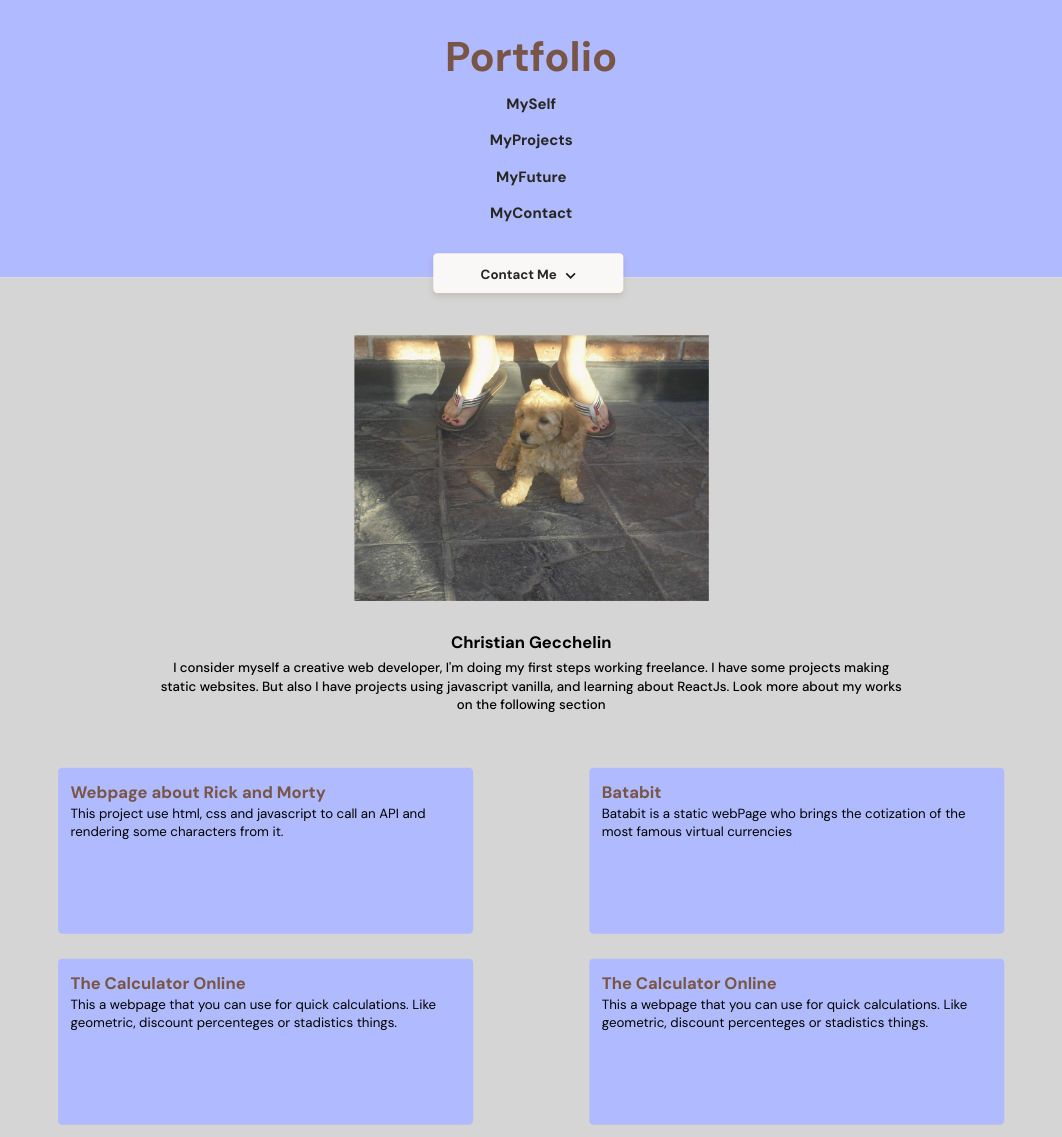
Repository: ChristianGecchelin/PortfolioOnline
Page: index.html
These files come from the project's save history. The page is drawn as it stood at one moment and after the next save; the edit follows.
The browser window is 1280 px wide. The pictures show the whole page, at 83% of full size.

Above is the page before, as saved 2022-01-10 11:20:31.

### index.html
<!DOCTYPE html>
<html lang="en">
  <head>
    <meta charset="UTF-8" />
    <meta http-equiv="X-UA-Compatible" content="IE=edge" />
    <meta name="viewport" content="width=device-width, initial-scale=1.0" />
    <title>Portfolio Christian</title>
    <link rel="preconnect" href="https://fonts.googleapis.com" />
    <link rel="preconnect" href="https://fonts.gstatic.com" crossorigin />
    <link
      href="https://fonts.googleapis.com/css2?family=DM+Sans:wght@400;500;700&family=Inter:wght@300;500&display=swap"
      rel="stylesheet"
    />
    <link rel="stylesheet" href="./styles/styles.css" />
  </head>
  <body>
    <header>
      <nav>
        <h1>Portfolio</h1>
        <ul class="list-container">
          <li class="list-container-link">
            <a class="" href="">MySelf</a>
          </li>
          <li class="list-container-link">
            <a class="" href="">MyProjects</a>
          </li>
          <li class="list-container-link">
            <a class="" href="">MyFuture</a>
          </li>
          <li class="list-container-link">
            <a class="" href="">MyContact</a>
          </li>
        </ul>
        <a class="header--nav-button" href="#MyContact">
          Contact Me<span></span
        ></a>
      </nav>
    </header>
    <main>
      <section class="principalContainer-mySelf">
        <div class="principalContainer-mySelf--image">
          <div class="image-cv"></div>
        </div>
        <div class="principalContainer-mySelf--information">
          <h2>Christian Gecchelin</h2>
          <p>
            I consider myself a creative web developer, I'm doing my first steps
            working freelance. I have some projects making static websites. But
            also I have projects using javascript vanilla, and learning about
            ReactJs. Look more about my works on the following section
          </p>
        </div>
      </section>

      <section class="principalContainer-myProject">
        <div class="rickAndMortyCharacters">
          <h2>Webpage about Rick and Morty</h2>
          <div>
            <div class="img-project"></div>
            <p>
              This project use html, css and javascript to call an API and
              rendering some characters from it.
            </p>
          </div>
        </div>
        <div class="batabit">
          <h2>Batabit</h2>
          <div class="img-project"></div>
          <p>
            Batabit is a static webPage who brings the cotization of the most
            famous virtual currencies
          </p>
        </div>
        <div class="calculatorProject">
          <h2>The Calculator Online</h2>
          <div class="img-project"></div>
          <p>
            This a webpage that you can use for quick calculations. Like
            geometric, discount percenteges or stadistics things.
          </p>
        </div>
        <div class="calculatorProject">
          <h2>The Calculator Online</h2>
          <div class="img-project"></div>
          <p>
            This a webpage that you can use for quick calculations. Like
            geometric, discount percenteges or stadistics things.
          </p>
        </div>
      </section>
      <section class="principalContainer-myFuture"></section>
      <section class="principalContainer-myContact"></section>
    </main>
  </body>
</html>

### styles/styles.css
:root {
  --strong-orange: #f7931a;
  --soft-orange: #ffe9d5;
  --secondary-blue: #1a9af7;
  --soft-blue: #e7f5ff;
  --warm-black: #201e1c;
  --black: #282623;
  --grey: #bababa;
  --off-white: #faf8f7;
  --just-white: #fff;
  --light-violet: #b0bbff;
  --strong-violet: #5764b3;
  --skin-color: #ffecb0;
  --yellow-skin-color: #fff3c9;
  --almost-brown: #b3a169;
  --dark-brown: #795548;
}
* {
  box-sizing: border-box;
  margin: 0;
  padding: 0;
}
html {
  font-size: 62.5%;
  font-family: "DM Sans", sans-serif;
}
header {
  display: flex;
  flex-direction: column;
  justify-content: center;
  height: 334px;
  background: var(--light-violet);
  text-align: center;
}
header nav {
  flex-direction: column;
  justify-content: center;
  width: 90%;
  min-width: 288px;
  height: 218px;
  align-self: center;
  text-align: center;
  margin-top: -30px;
}
header nav h1 {
  font-size: 5rem;
  font-weight: 700;
  line-height: 5rem;
  color: #795548;
}

header nav .list-container-link {
  margin-top: 20px;
  list-style: none;
}
header nav .list-container-link a {
  font-size: 1.8rem;
  font-weight: 700;
  line-height: 2.4rem;
  text-decoration: none;
  color: var(--black);
}

header nav .header--nav-button {
  position: absolute;
  top: 270px;
  left: calc(50% - 118px);
  display: block;
  margin-top: 35px;
  padding: 15px;
  width: 229px;
  height: 48px;
  background-color: var(--off-white);
  font-size: 1.6rem;
  font-weight: 700;
  text-decoration: none;
  color: var(--black);
  box-shadow: 0px 4px 8px rgba(89, 73, 30, 0.16);
  border: none;
  border-radius: 5px;
}
header nav .header--nav-button span {
  display: inline-block;
  width: 13px;
  height: 8px;
  margin-left: 10px;
  background-image: url(../assets/icons/down-arrow.svg);
}
main {
  width: 100%;
  height: auto;
  background-color: #d5d5d5;
}
main .principalContainer-mySelf {
  display: flex;
  flex-direction: column;
  justify-content: center;
  width: 100%;
  min-width: 320px;
  height: auto;
  padding-top: 70px;
  text-align: center;
}
.principalContainer-mySelf--image .image-cv {
  min-width: 320px;
  height: 320px; /* luego en las otras resos lo agrando */
  margin: 0 auto;
  background-image: url(../assets/images/IMG_4340.JPG);
  background-size: contain;
  background-position: center;
  background-repeat: no-repeat;
}
.principalContainer-mySelf--information {
  width: 90%;
  min-width: 288px;
  max-width: 900px;
  text-align: center;
  align-self: center;
  padding-bottom: 50px;
}
.principalContainer-mySelf--information h2 {
  padding-top: 30px;
  font-size: 2rem;
  line-height: 4rem;
}
.principalContainer-mySelf--information p {
  font-size: 1.6rem;
  font-weight: 500;
  line-height: 2.2rem;
}
.principalContainer-myProject {
  display: flex;
  flex-direction: row;
  flex-wrap: wrap;
  justify-content: space-around;
  width: 100%;
  height: auto;
}
.principalContainer-myProject .rickAndMortyCharacters,
.principalContainer-myProject .batabit,
.principalContainer-myProject .calculatorProject {
  width: 90%;
  min-width: 288px;
  max-width: 500px;
  text-align: left;
  height: 200px;
  margin: 15px auto;
  padding: 15px;
  background-color: var(--light-violet);
  border-radius: 5px;
}
.principalContainer-myProject .rickAndMortyCharacters h2,
.principalContainer-myProject .batabit h2,
.principalContainer-myProject .calculatorProject h2 {
  font-weight: 700;
  line-height: 3rem;
  font-size: 2rem;
  color: var(--dark-brown);
}
.principalContainer-myProject .rickAndMortyCharacters p,
.principalContainer-myProject .batabit p,
.principalContainer-myProject .calculatorProject p {
  font-size: 1.6rem;
}

After the next save:
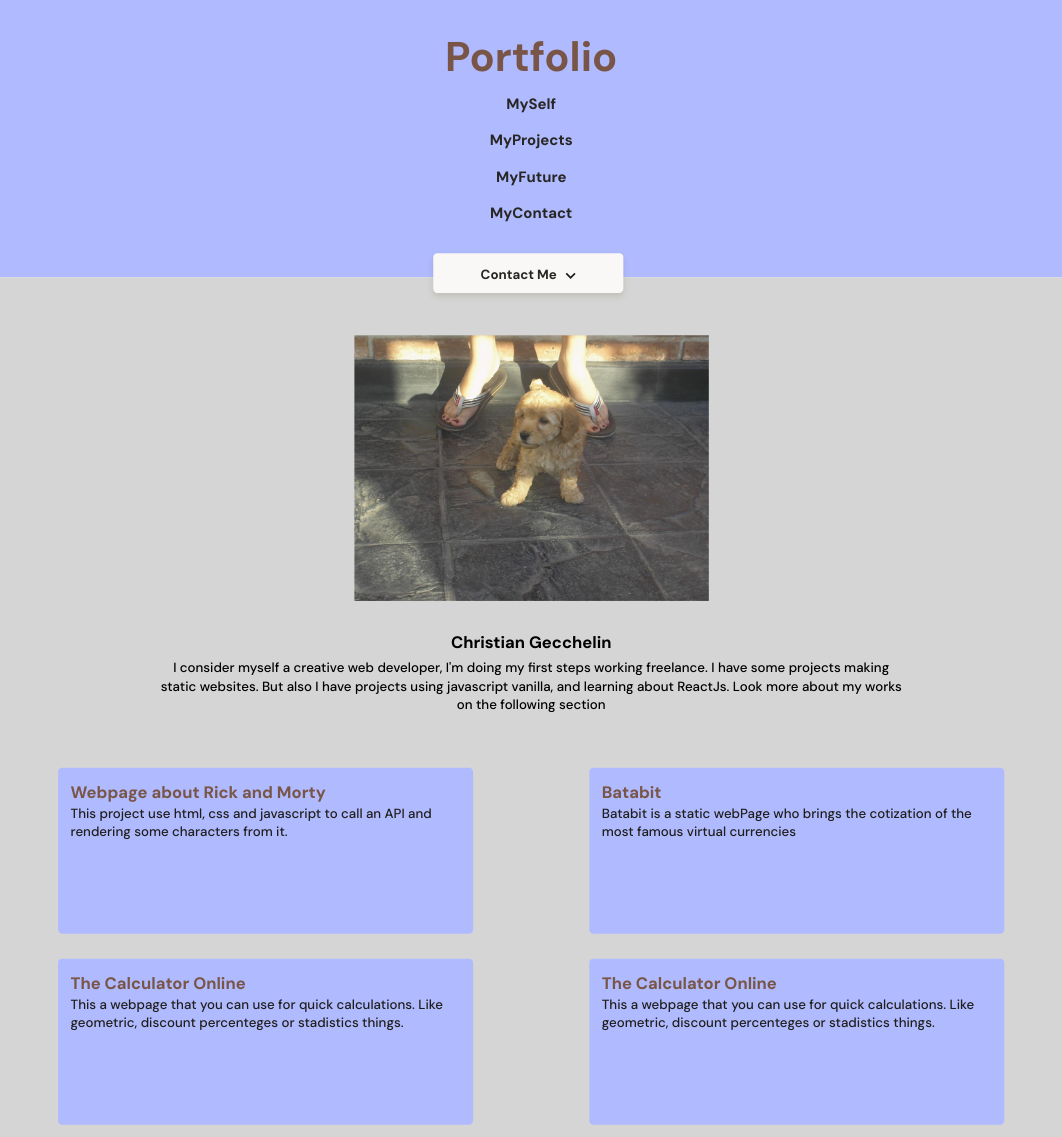
Saved 63 s later.
--- a/styles/styles.css
+++ b/styles/styles.css
@@ -161,4 +161,6 @@ main .principalContainer-mySelf {
 .principalContainer-myProject .batabit p,
 .principalContainer-myProject .calculatorProject p {
   font-size: 1.6rem;
+  font-weight: 500;
+  color: var(--warm-black);
 }
